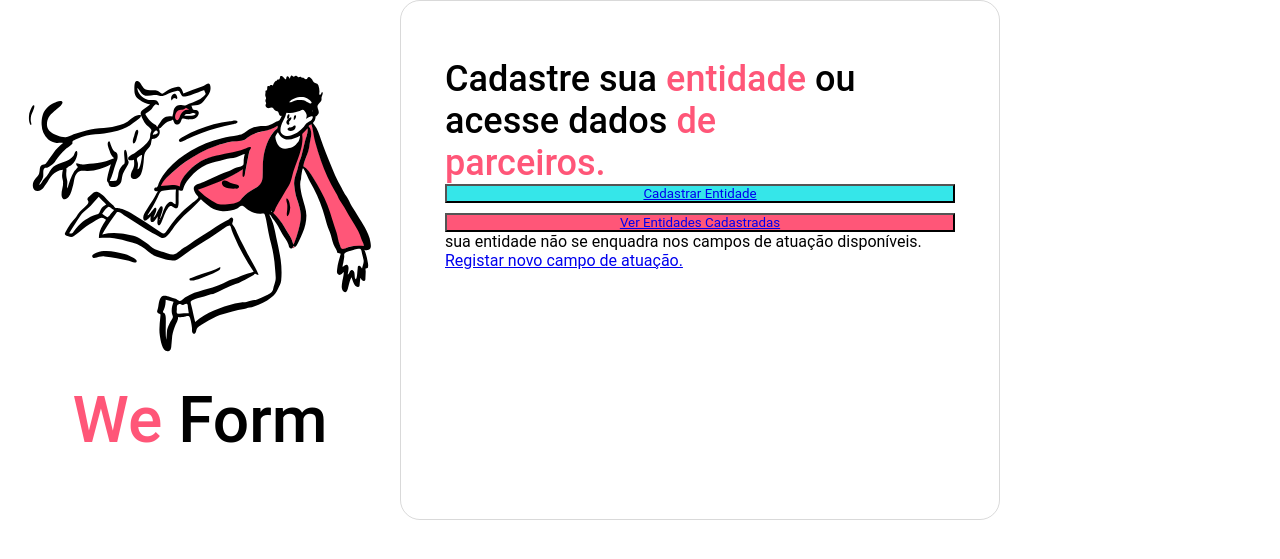
Repository: guilhermecardoso93/we-form
Page: index.html
An editor plug-in stored every save of this project. The page is shown before and after the next save, followed by the edit.
The browser window is 1280 px wide. The pictures show the whole page.

Above is the page before, as saved 2024-06-09 17:28:22.

### index.html
<!DOCTYPE html>
<html lang="pt-BR">

<head>
    <meta charset="UTF-8">
    <meta name="viewport" content="width=device-width, initial-scale=1.0">
    <link rel="stylesheet" href="./styles.css">
    <title>We Form</title>
</head>

<body>
    <div class="content">

        <aside>
            <img src="./assets/hero.svg" alt="Ilustração mulher com cachorro" />
            <h1>
                <span>We</span> Form
            </h1>
        </aside>

        <main>
            <h2>Cadastre sua <span>entidade</span> ou acesse dados <span>de parceiros.</span></h2>
            <div class="buttons">
                <button>
                <a href="http://">Cadastrar Entidade</a>
            </button>
                <button>
                <a href="http://">Ver Entidades Cadastradas</a>
            </button>
            </div>
            <p>sua entidade não se enquadra nos campos de atuação disponíveis.</p>
            <a href="http://">Registar novo campo de atuação.</a>
        </main>
    </div>
</body>

</html>

### styles.css
* {
  padding: 0;
  margin: 0;
  box-sizing: border-box;
  font-family: Roboto, sans-serif;
}

:root {
  font-size: 62.5%;
}

body {
  margin: auto;
  font-size: 1.6rem;
}

.content {
  display: flex;
}

aside {
  display: flex;
  flex-direction: column;
  align-items: center;
  justify-content: center;
  gap: 2rem;
}

aside h1 {
  font-size: 6.4rem;
  font-weight: 500;
  line-height: 75px;
}

aside h1>span, main h2>span {
  color: #FF5678;
}

aside img {
  width: 40rem;
}


main {
  width: 60rem;
  height: 52rem;
  border: 1px solid rgba(0, 0, 0, 0.15);
  border-radius: 20px;
  padding: 5.7rem 4.4rem;
}

main h2 {
  max-width: 43rem;
  font-size: 3.6rem;
  font-weight: 500;
}

.buttons {
  display: flex;
  flex-direction: column;
  justify-content: center;
  gap: 1rem
}


.buttons button {
  background-color: #35e6e9;
  color: #fff;
}

.buttons button + button {
  background-color: #FF5678;
}

After the next save:
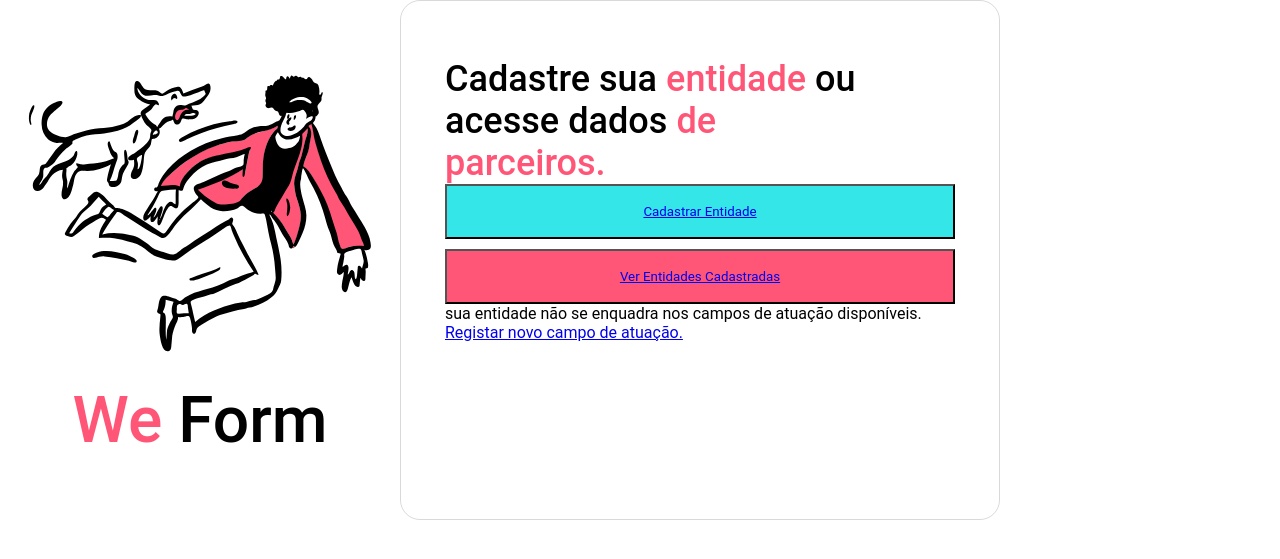
Saved 23 s later.
--- a/styles.css
+++ b/styles.css
@@ -66,6 +66,7 @@ main h2 {
 .buttons button {
   background-color: #35e6e9;
   color: #fff;
+  height: 5.5rem;
 }
 
 .buttons button + button {
